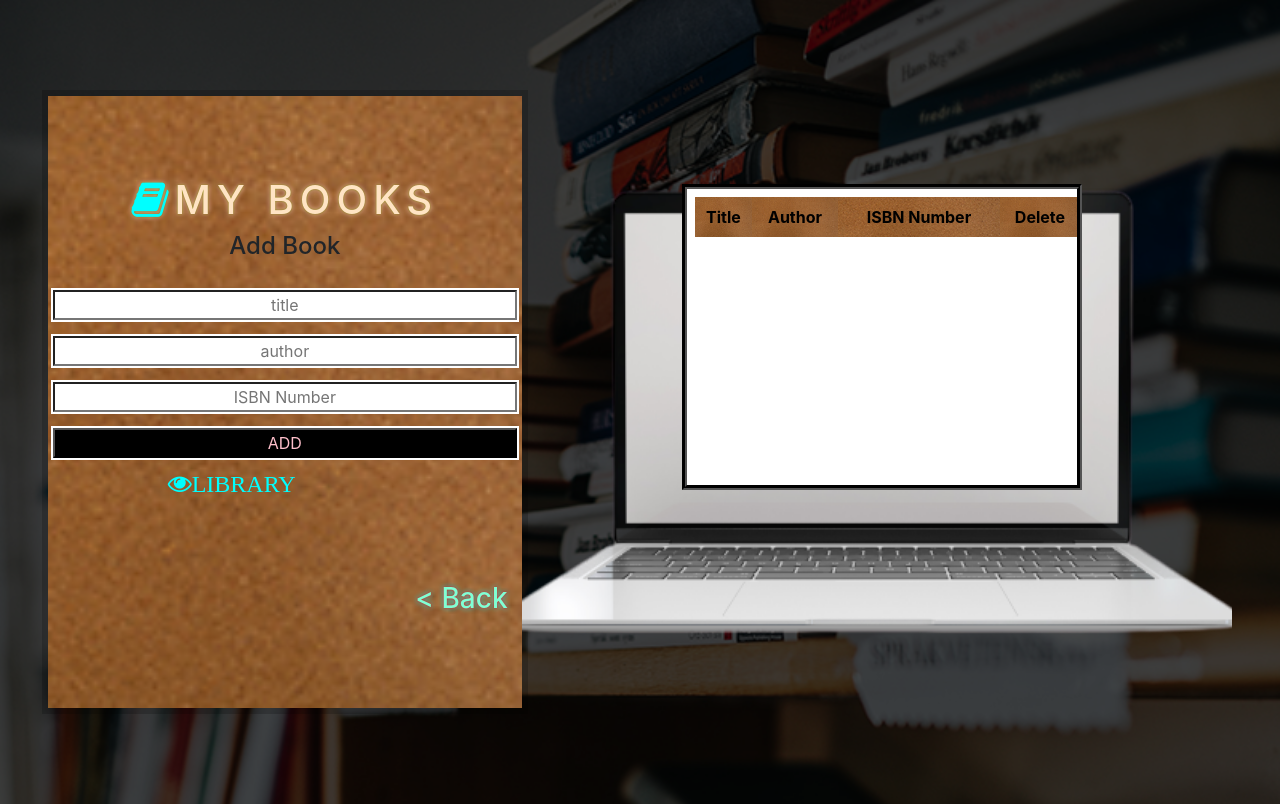
Repository: CSituma/Home-Library-App
Page: libu.html
The author's editor kept a copy of each file at every save. The page is drawn from the files as they stood at one save, then again after the next save.
The browser window is 1280 px wide. The pictures show the whole page.
Backgrounds fixed to the window are drawn as part of the page. Some web libraries are served in a nearby version.

Above is the page before, as saved 2020-11-10 21:37:14.

### libu.html
<!DOCTYPE html>
<html lang="en">
<head>
    <meta charset="UTF-8">
    <meta name="viewport" content="width=device-width, initial-scale=1.0">
    <meta http-equiv="X-UA-Compatible" content="ie=edge">
    <link rel="stylesheet" href="style.css">
    <link rel="stylesheet" href="https://cdnjs.cloudflare.com/ajax/libs/font-awesome/4.7.0/css/font-awesome.min.css"/>
<link rel="stylesheet" href="https://stackpath.bootstrapcdn.com/bootstrap/4.5.0/css/bootstrap.min.css" integrity="sha384-9aIt2nRpC12Uk9gS9baDl411NQApFmC26EwAOH8WgZl5MYYxFfc+NcPb1dKGj7Sk" crossorigin="anonymous"/>
<link rel="stylesheet" href="https://cdnjs.cloudflare.com/ajax/libs/animate.css/4.0.0/animate.min.css"/>
  <title>BOOK TRACKER</title>
</head>
<body>
    <div class="columns">
        <div class="js">

            <h1><i class="fa fa-book"></i>MY BOOKS</h1>
                        <h4>Add Book</h4>
            <form id="form">
                <input type= "text" id= "title"  placeholder="title">
                <input type= "text" id= "author" placeholder="author" >
                <input type= "text" id= "number" placeholder="ISBN Number">
                <input type= "submit"id= "button" value="ADD">
            </form>
        <h3> <a href= "./index.html"> < Back </a></h3>
        <h4 id="libur"><i class="fa fa-eye">LIBRARY</i><a href= "#storage"></a></h4>

        </div>
        <div class="storage" id="storage" >
              <div class="storage_items">
        <table id="table">
            <thead>
                <tr>
                <th id="title">Title</th>
                <th>Author</th>
                <th>ISBN Number</th>
                <th>Delete</th>
                </tr>
                </thead>
                <tbody class="Booklist" id="booklist">
                </tbody>
            </table>
            </div>
        </div>
</div>
    <script src="lib.js"></script>
 </body>
 </html>

### style.css
/*homepage//////////////*/
body,
html {
  max-width: 100%;
  margin: 0;
  padding: 0;
  max-height: 100%;
  background: url("./images/sandra-seitamaa-qkIWnKtGhg4-unsplash.jpg")
    center/cover no-repeat fixed;
}

.container {
  margin: 10em 20em 20em 20em;
  height: 400px;
  width: 40%;
  background-color: rgba(146, 116, 15, 0.445);
  text-align: center;
}

.lol {
  padding-top: 5em;
  font-weight: 800;
  font-style: italic;
}
span {
  color: yellow;
  font-weight: 400;
}
#lolone {
  color: ghostwhite;
}

h3 {
  padding-top: 4em;
  float: right;
  margin-right: 0.5em;
  font-weight: 900;
  font-size: 2rem;
  text-shadow: 0 0 3px #FF0000, 0 0 5px aqua;
}

h3 a {
  text-decoration: none;
 color: aquamarine;

}

h3 a:hover {
  text-decoration: none;
  color: burlywood;
}

#you {
  padding: 1rem;
  color: gold;
}

/*library////////////////*/
.columns {
  display: flex;
  justify-content: space-between;
  max-width: 100%;
  max-height: 100%;
  background: rgba(0, 0, 0, 0.692);

}
h1{
  letter-spacing: 6px;
  text-shadow: 0 0 3px olive, 0 0 5px pink;
  padding-top:2em;
  margin: 0;
  color: bisque;

}
table {
  background: black;
  width: 100%;
  margin:0.5em;
  margin-left:0.2em;
  text-align: center;
  color:white;

}


td{
  margin: 2em;
}
tr{
  border-left: white 5px solid;
  height: 40px;
}
th {
  color: black;
  background:url('./images/josephine-bredehoft-KsAo8ouBn8A-unsplash.jpg') center/cover no-repeat;
  outline: none;
}
tbody tr:nth-child(odd){
  background:white;
 color: olive;
}
tbody tr:nth-child(odd):hover {
  box-shadow: 0 0 0 2px white;

}
tbody tr:nth-child(even){
background:black;

}
tbody tr:nth-child(even):hover{
  box-shadow: 0 0 0 2px gray;
}

 .fa {
   color:aqua;
 }
 .fa:hover{
   font-size:1.3em;
 }
form {
  padding: 0.3em;
  margin-top: 1em;
}

form input {
  width: 100%;
  margin: 0.5em 0;
  -webkit-box-shadow: 0 0 0 2px white;
  box-shadow: 0 0 0 2px white;
}

:placeholder-shown {
  text-align: center;
}

#button {
  color: pink;
  background-color: black;
}

/*/////////////////////////////////*/
.storage_items {

  background-color: white;
  width:100%;
  max-height: 70%;
  margin-left: 8em;
  margin-top: 5em;
  margin-bottom: 2em;
  border: rgb(0, 0, 0) 5px solid;
  border-style: groove;
  padding-bottom: 15em;
  overflow: scroll;
  scroll-behavior: smooth;
  scrollbar-width: 2px;
}
.storage {
  background:url("./images/1463-removebg-preview.png") center/cover no-repeat;
  width: 60%;
  height: 85vh;
  margin: 6em 3em 6em 0;
  border-radius: 3px;

}
.js {
  -webkit-box-shadow: 0 0 0 6px rgba(0, 0, 0, 0.191);
  box-shadow: 0 0 0 6px rgba(0, 0, 0, 0.191);
  text-align: center;
  width: 40%;
  margin: 6em 0em 6em 3em;
  background: url("./images/josephine-bredehoft-KsAo8ouBn8A-unsplash.jpg")
    center/cover no-repeat;
}
#libur a{
  margin-top: 2em;
 float: left;
 margin-left: 0;
  color:black;
}
@media screen and (max-width:1000px) {
  .storage{
    margin-right: 0;

    background: url("./images/719-removebg-preview.png") center/cover no-repeat;
  }
  .storage_items{
    margin:0;
    font-size: 13px;
   border: 10px solid black;
   border-radius: 45px;
   border-bottom-right-radius:5px;
   border-bottom-left-radius:5px;
   border-top-right-radius:15px;

   padding:0;
   padding-bottom: 15em;

}

.js{
  margin: 0;}


}

@media screen and (min-width:1000px) {

 .storage_items{
  max-height: 60%;
    background-color: white;
    width: 400px;
    height: 50%;
    margin-left: 10em;
    margin-top: 5.5em;

  }


 }

 @media screen and (max-width:800px)
 {
  .storage{
    background: url("./images/719-removebg-preview.png") center/cover no-repeat;
  }
  .storage_items{
    margin:0;
    font-size: 13px;
   border: 10px solid black;
   border-radius: 45px;
   border-bottom-right-radius:5px;
   border-bottom-left-radius:5px;
   border-top-right-radius:15px;
   padding:0;
   padding-bottom: 15em;

}
.columns{
  flex-direction: column;
}
.js{
  width:100%;
  padding: 0 5em;
 }

 }

### lib.js
// Book Class: Represents a Book
class Book {
  constructor(title, author, isbn) {
    this.title = title;
    this.author = author;
    this.isbn = isbn;
  }
}

// UI Class: Handle UI Tasks
class UI {
//display Books.//
static displayBooks () {
 const books = Store.getBooks();
 books.forEach(((book) =>
  UI.addBookToList(book)));
}


//addbooks
static addBookToList(book) {

const bookList = document.querySelector('#booklist');
const row = document.createElement('tr');

row.innerHTML= `<td>${book.title} </td>
               <td>${book.author}</td>
               <td>${book.isbn}</td>
              <td><i class="fa fa-trash-o"></i></td>`;

bookList.appendChild(row);

}


//deletebooks
static deleteBook(el){
 if(el.classList.contains('fa')){
   el.parentElement.parentElement.remove();
  }}

////show alert msg
static showAlert(message, className){
const div = document. createElement('div');
div.className = `alert alert-${className}`;
div.appendChild(document.createTextNode(message));
const button = document.getElementById('button');
const form = document.getElementById('form');


form.insertBefore(div, button);


//message vanishing//

setTimeout(() => {
  document.querySelector('.alert').remove();
}, 3000);

}

//clear fields//

static clearFields() {
  document.querySelector('#title').value = '';
  document.querySelector('#author').value = '';
  document.querySelector('#number').value = '';
}

}

///Events:
/* 1. Display Books */

document.addEventListener('DOMContentLoaded', UI.displayBooks);

/* 2. Add Books*/
document.querySelector("#form").addEventListener('submit',(e) =>
{
e.preventDefault();
///get form values//
const title = document.querySelector('#title').value;
const author = document.querySelector('#author').value;
const isbn = document.querySelector('#number').value;

  // Validate
 if(title ===''|| author===''|| isbn===''){
   UI.showAlert('Please fill in the Form', 'danger')
 }
else{
  //instantiate Book
  const book = new Book(title,author,isbn);

//////Adding
UI.addBookToList(book);

Store.addBook(book);

///Show Sucess Message
UI.showAlert('Added', 'success');
//Clearfields
UI.clearFields();


 }
}
);


/////3. Remove BOOK////
document.querySelector('#booklist').addEventListener('click', (e)=>{
e.preventDefault();
//deleting from UI

UI.deleteBook(e.target);
///deleting from Store
Store.removeBook(e.target.parentElement.previousElementSibling.textContent);
//Message
UI.showAlert('Book Deleted', 'danger');

}
);

///localStorage
class Store{
  static getBooks(){
    let books;
   if (localStorage.getItem('books') === null){
     books = [];
   }
   else {
     books = JSON.parse(localStorage.getItem('books'));
   }
   return books;
  }

  static addBook(book){
    const books= Store.getBooks();
    books.push(book);
   localStorage.setItem('books',JSON.stringify(books));
  }
  static removeBook(isbn) {
    const books = Store.getBooks();

    books.forEach((book, index) => {
      if(book.isbn === isbn) {
        books.splice(index, 1);
      }
    });
    localStorage.setItem('books', JSON.stringify(books));
  }
}

After the next save:
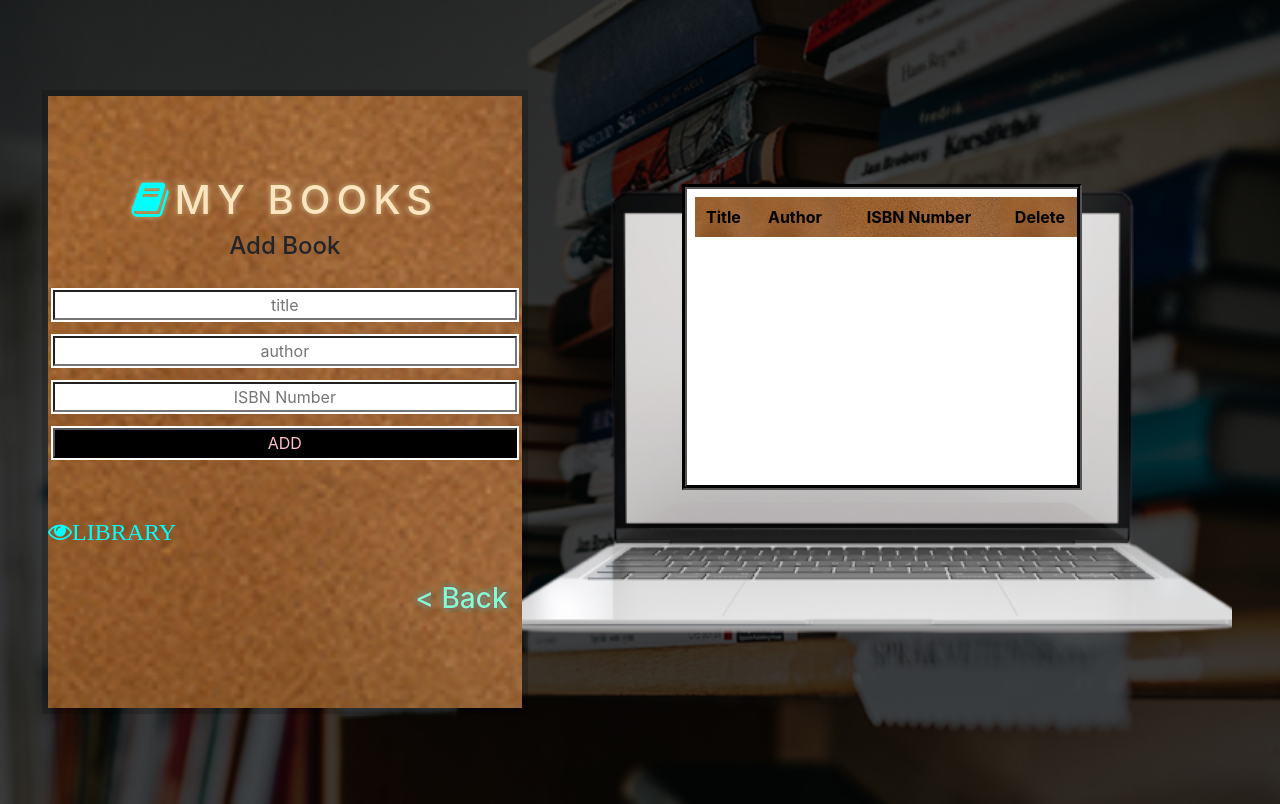
Saved 56 s later.
--- a/libu.html
+++ b/libu.html
@@ -23,7 +23,7 @@
                 <input type= "submit"id= "button" value="ADD">
             </form>
         <h3> <a href= "./index.html"> < Back </a></h3>
-        <h4 id="libur"><i class="fa fa-eye">LIBRARY</i><a href= "#storage"></a></h4>
+        <h4 id="libur"><a href= "#storage">   <i class="fa fa-eye">LIBRARY</i>     </a></h4>
 
         </div>
         <div class="storage" id="storage" >

After the 3 saves that followed:
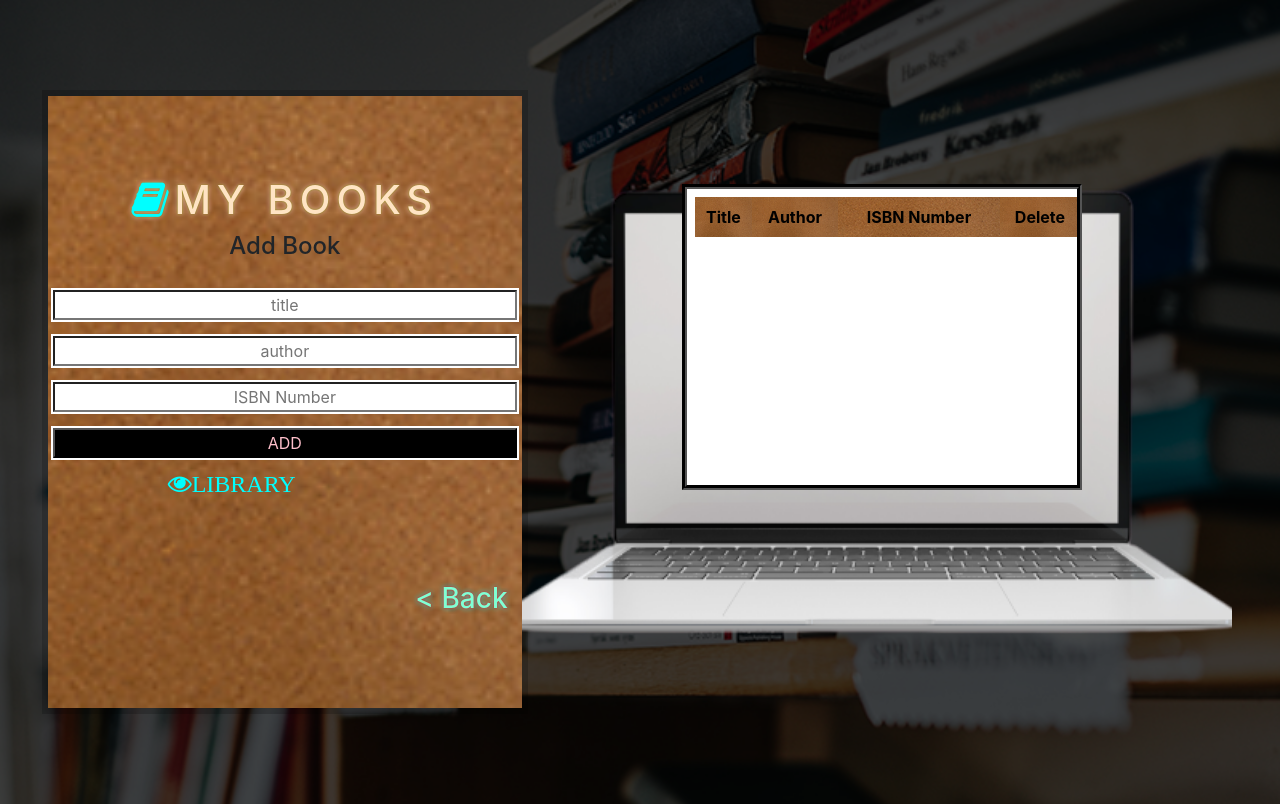
The 3 saves are shown as one change because 2 left the picture as it was.
The last was saved 45 s later.
--- a/libu.html
+++ b/libu.html
@@ -23,7 +23,7 @@
                 <input type= "submit"id= "button" value="ADD">
             </form>
         <h3> <a href= "./index.html"> < Back </a></h3>
-        <h4 id="libur"><a href= "#storage">   <i class="fa fa-eye">LIBRARY</i>     </a></h4>
+        <h4 id="libur"><a href= "#storage"><i class="fa fa-eye">LIBRARY</i></a></h4>
 
         </div>
         <div class="storage" id="storage" >
--- a/style.css
+++ b/style.css
@@ -171,11 +171,8 @@ form input {
   background: url("./images/josephine-bredehoft-KsAo8ouBn8A-unsplash.jpg")
     center/cover no-repeat;
 }
-#libur a{
-  margin-top: 2em;
- float: left;
- margin-left: 0;
-  color:black;
+#libur {
+
 }
 @media screen and (max-width:1000px) {
   .storage{
